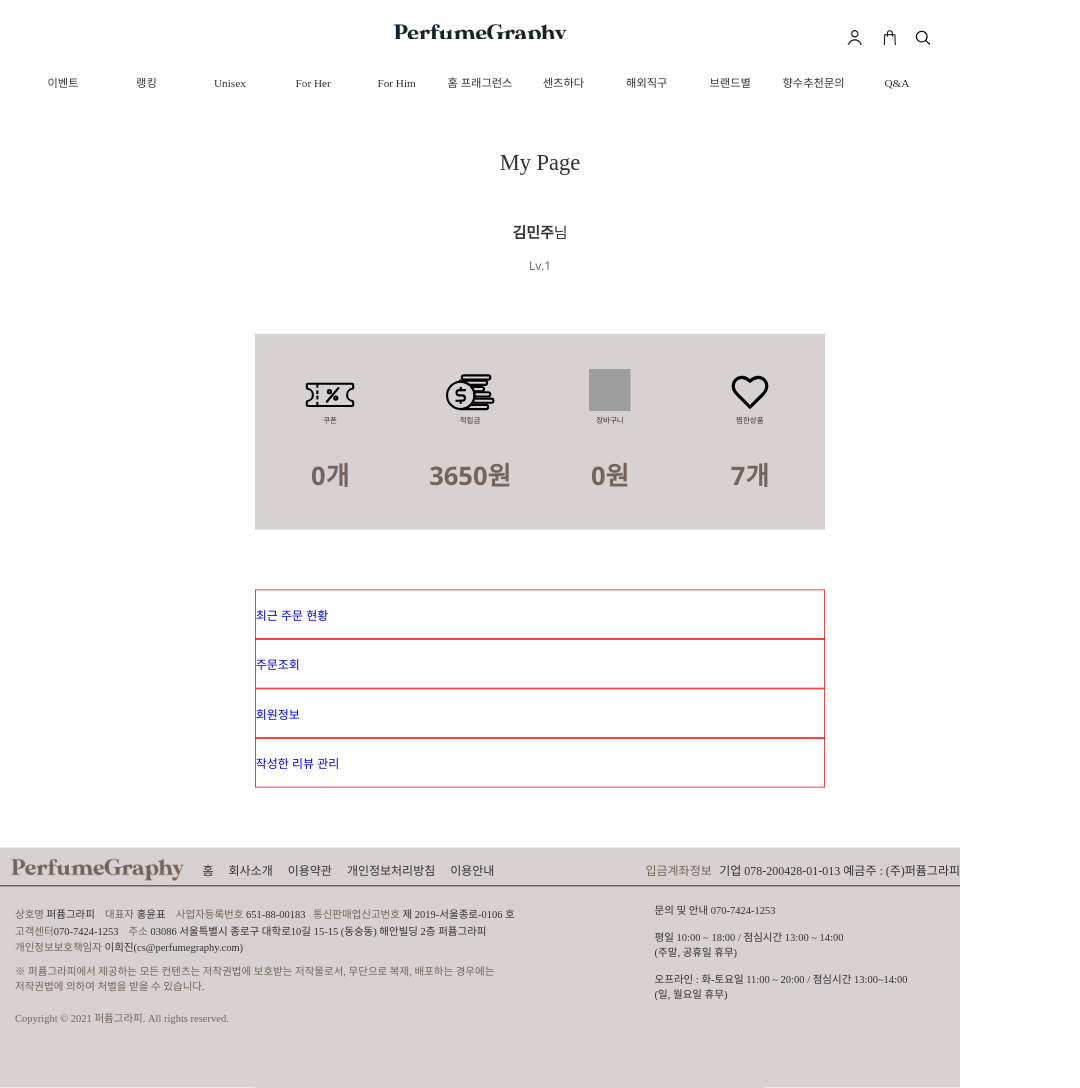
Repository: mingdue03/perfumegraphy
Page: myPage.html
The author's editor kept a copy of each file at every save. The page is drawn from the files as they stood at one save, then again after the next save.
The browser window is 1280 px wide. The page is 1440 px wide, so the pictures cover 1440 px, including what lies to the right of the window. The pictures show the whole page, at 75% of full size.
Pictures or frames that could not be fetched are drawn as grey boxes.

Above is the page before, as saved 2021-08-27 15:10:56.

### myPage.html
<!DOCTYPE html>
<html lang="ko">
<head>
    <meta charset="UTF-8">
    <meta http-equiv="X-UA-Compatible" content="IE=edge">
    <meta name="viewport" content="width=device-width, initial-scale=1.0">
    <title>PerfumeGraphy</title>
    <link rel="stylesheet" href="css/basic.css">
    <link rel="stylesheet" href="css/mypage.css">
    <link href="https://fonts.googleapis.com/css2?family=Noto+Serif+KR&display=swap" rel="stylesheet">
    <script src="js/jquery-1.12.4.min.js"></script>
    <script src="js/jquery.slides.min.js"></script>
    <script src="js/jquery.stellar.js"></script>
    <script src="js/main_1.js"></script>
</head>
<body>
<div id="body_wrap">
    <header>
    <div id="header_wrap">
        <div class="header_top">
            <div class="logo">
                <h1><a href="index.html">PerfumeGraphy</a></h1>
            </div>
            <ul class="top_menu">
                <li class="user"><a href="login.html">마이페이지</a></li>
                <li class="cart"><a href="mypage.html">장바구니</a></li>
                <li class="search"><a href="#">검색</a></li>
                <li class="ham_btn"><a href="#">button</a></li>
            </ul>
        </div>
        <div class="search_pop">
            <div class="search_bg">
                <span></span>
                <ul>
                    <li><a href="#">#금주의 향수</a></li>
                    <li><a href="#">#럭셔리집들이선물</a></li>
                    <li><a href="#">#비누향수</a></li>
                </ul>
            </div>
        </div>
        <div class="header_b" >
            <ul class="gnb">
                <li>
                    <a href="#">이벤트</a>
                </li>
                <li class="hasSub">
                    <a href="lank.html">랭킹</a>
                    <ul class="sub_menu">
                        <li><a href="lank.html">전체 랭킹 </a></li>
                        <li><a href="lank.html">Unisex 랭킹</a></li>
                        <li><a href="lank.html">For her 랭킹</a></li>
                        <li><a href="lank.html">For him 랭킹</a></li>
                    </ul>
                </li>
                <li class="hasSub">
                    <a href="#">Unisex</a>
                    <ul class="sub_menu">
                        <li><a href="#">ALL</a></li>
                        <li><a href="#"> 시트러스 | 그린</a></li>
                        <li><a href="#">우디 | 베티버</a></li>
                        <li><a href="#">샌달우드 | 머스크</a></li>
                        <li><a href="#">스파이시 | 통카빈</a></li>
                    </ul>
                </li>
                <li class="hasSub">
                    <a href="#">For Her</a>
                    <ul class="sub_menu">
                        <li><a href="#">ALL</a></li>
                        <li><a href="#">시트러스 | 그린</a></li>
                        <li><a href="#">플로럴 | 화이트플로럴</a></li>
                        <li><a href="#">머스크 | 앰버</a></li>
                        <li><a href="#">스위트 | 바닐라</a></li>
                    </ul>
                </li>
                <li class="hasSub">
                    <a href="#">For Him</a>
                    <ul class="sub_menu">
                        <li><a href="#">ALL</a></li>
                        <li><a href="#">시트러스 | 그린</a></li>
                        <li><a href="#">우디 | 베티버</a></li>
                        <li><a href="#">웜스파이시 | 통카빈</a></li>
                        <li><a href="#">머스크 | 앰버</a></li>
                        <li><a href="#">라벤더 | 워터리</a></li>
                    </ul>
                </li>
                <li class="hasSub">
                    <a href="#">홈 프래그런스</a>
                    <ul class="sub_menu">
                        <li><a href="#">디퓨저 & 캔들</a></li>
                        <li><a href="#">바디 & 솝</a></li>
                    </ul>
                </li>
                <li><a href="#">센츠하다</a></li>
                <li>
                    <a href="#">해외직구</a>
                </li>
                <li><a href="#">브랜드별</a></li>
                <li><a href="#">향수추천문의</a></li>
                <li><a href="#">Q&A</a></li>
            </ul>
        </div>
        <div class="gnb_dim"></div>
    </div>
    </header>
    <!------------------------login-------------------------------->
    <main id="mypage">
        <div class="mypage_wrap">
            <h2>My Page</h2>
            <section class="name">
                <div>
                    <p><span>김민주</span>님</p>
                    <p class="level">Lv.1</p>
                </div>
            </section>
            <section class="coupons">
                <div class="coupon_wrap">
                    <ul>
                        <li><a href="#" class="coupon">쿠폰 <span>0개</span></a></li>
                        <li><a href="#" class="coin">적립금 <span>3650원</span></a></li>
                        <li><a href="#" class="cart">장바구니<span>0원</span></a></li>
                        <li><a href="#" class="heart">찜한상품<span>7개</span></a></li>
                    </ul>
                </div>
            </section>
            <section class="order">
                <div class="oder_wrap">
                    <ul>
                        <li class="recent"><a href="#">최근 주문 현황</a></li>
                        <li><a href="#">주문조회</a></li>
                        <li><a href="#">회원정보</a></li>
                        <li><a href="#">작성한 리뷰 관리</a></li>
                    </ul>

                </div>
            </section>

        </div>
    </main>
    <footer>
        <div id="footer_in">
            <div class="footer_top">
                <h2>PerfumeGraphy</h2>
                <ul class="m_hidden">
                    <li><a href="javasctipt:;">홈</a></li>
                    <li><a href="javasctipt">회사소개</a></li>
                    <li><a href="javasctipt">이용약관</a></li>
                    <li><a href="javasctipt">개인정보처리방침</a></li>
                    <li><a href="javasctipt">이용안내</a></li>
                </ul>
                <p><span>입금계좌정보</span> 기업 078-200428-01-013 예금주 : (주)퍼퓸그라피</p>
            </div>
        </div>
        <div class="footer_bottom">
            <section class="left">
                <ul class="pc_hidden">
                    <li><a href="javasctipt:;">홈</a></li>
                    <li><a href="javasctipt">회사소개</a></li>
                    <li><a href="javasctipt">이용약관</a></li>
                    <li><a href="javasctipt">개인정보처리방침</a></li>
                    <li><a href="javasctipt">이용안내</a></li>
                </ul>
                <p class="margin">
                    <p><span>상호명</span>  퍼퓸그라피</p> <p><span>대표자</span> 홍윤표</p>	 <p><span>사업자등록번호</span> 651-88-00183</p><p> <span >통신판매업신고번호</span>  제 2019-서울종로-0106 호<br></p>
                </p>
                <p class="pc_hidden">
                    <span>고객센터</span>070-7424-1253
                </p>
                <p>
                    <span> 주소</span> 03086 서울특별시 종로구 대학로10길 15-15 (동숭동) 해안빌딩 2층 퍼퓸그라피
                </p>
                <p ><span>개인정보보호책임자</span> 	 이희진(cs@perfumegraphy.com) </p>
                <p class="margin"><span class="m_hidden"> ※ 퍼퓸그라피에서 제공하는 모든 컨텐츠는 저작권법에 보호받는 저작물로서, 무단으로 복제, 배포하는 경우에는<br><span></span> 저작권법에 의하여
                처벌을 받을 수 있습니다.</span></p>
                <p class="margin"><span class="m_hidden"> Copyright © 2021 퍼퓸그라피. All rights reserved.</span></p>
            </section>
            <section class="right m_hidden">
                <p>문의 및 안내   070-7424-1253<br>
                    <br>
                    평일 10:00 ~ 18:00 / 점심시간 13:00 ~ 14:00<br>
                    (주말, 공휴일 휴무)<br>
                    <br>
                    오프라인 : 화-토요일 11:00 ~ 20:00 / 점심시간 13:00~14:00<br>
                     (일, 월요일 휴무)</p>
            </section>
        </div>
    </footer>
</div>
</body>
</html>

### css/mypage.css
@charset "UTF-8";

main#mypage{font-family:'NanumGothic','Segoe UI', Roboto, Oxygen, sans-serif ;background: #fff; color:#333; font-size:16px; }

#mypage{}
.mypage_wrap{
  width:1440px;
  margin:60px auto;
  text-align:center;
}
.mypage_wrap h2{
  font-size:30px;
  margin:60px 0;
  font-weight: normal;
  font-family: 'Noto Serif KR', serif;
}
.name {
  margin:20px 0;
}
.name p{
  font-size: 20px;
  margin:20px 0;
}
.name p span{
  font-weight: bold;
}
.name p.level{
  font-size:16px;
  color:#73645D;
}

.coupons{
  width:760px;
  margin:80px auto;
}
.coupon_wrap{
  width:100%;
  height:auto;
  background:#D7D1D1;
}
.coupon_wrap ul{
  padding:30px 0;
}
.coupon_wrap li{
  display: inline-block;
  width:24%;
}
.coupon_wrap a{
  display: block;
  width:100%;
  height:auto;
  font-size:10px;
  color:#333;
}
.coupon_wrap a.coupon:before{
  display:block;
  content:'';
  margin:0 auto -16px;
  width:90px; height:90px;
  background:url('../img/icon/coupon_icon.svg') no-repeat 100% 100%;
}
.coupon_wrap a.coin:before{
  display:block;
  content:'';
  margin:0 auto -16px;
  width:90px; height:90px;
  background:url('../img/icon/coins_icon.svg') no-repeat 100% 100%;}
.coupon_wrap a.cart:before{
  display:block;
  content:'';
  margin:17px auto 4px;
  width:56px; height:56px;
  background:url('../img/icon/bag_icon.svg') no-repeat 100% 100%;
}
.coupon_wrap a.heart:before{
  display:block;
  content:'';
  margin:0 auto -16px;
  width:90px; height:90px;
  background:url('../img/icon/basic_heart_icon.svg') no-repeat 100% 100%;
}
.coupon_wrap a span{
  display: block;
  font-size:34px;
  font-weight:bold;
  margin: 40px 0 20px;
  color:#73645D;
}


.order{}
.oder_wrap{
  width:760px;
  margin:80px auto;

}

.oder_wrap ul{}
.oder_wrap li{
  display:block;
  border-bottom:1px solid #999;
  text-align: left;
  border:1px solid red;
  padding: 20px 0;
}
.recent{

}
.oder_wrap a{}














@media (max-width:1440px){
  .login_wrap{
    width:100%;
  }
}

@media (max-width:450px){
  .login_wrap{
    max-width:450px;
  }
}

Loaded but not shown: js/jquery-1.12.4.min.js (library); js/jquery.slides.min.js (library); js/jquery.stellar.js (library); js/main_1.js (215 lines, source omitted); css/basic.css (877 lines, source omitted)

After the next save:
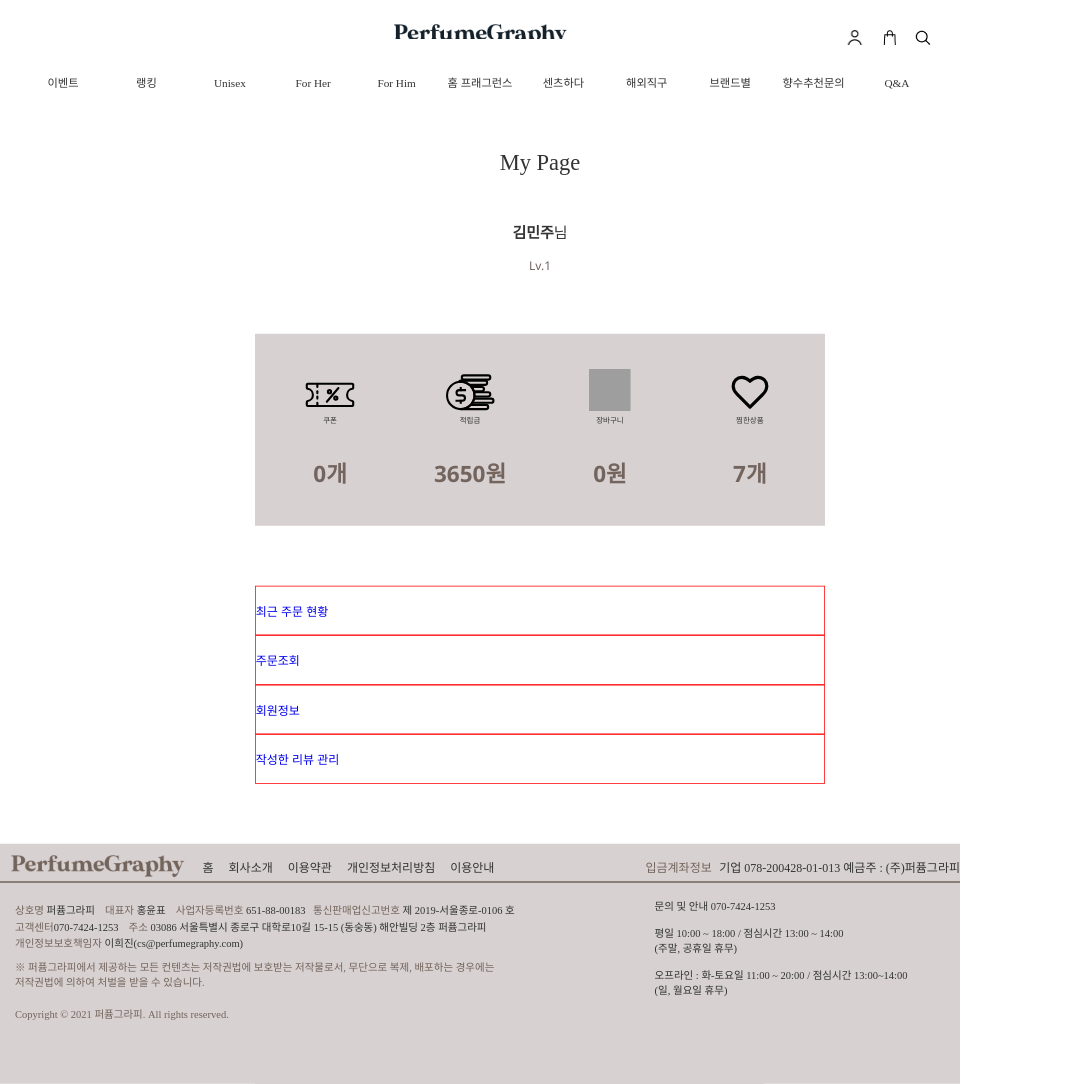
Saved 24 s later.
--- a/css/mypage.css
+++ b/css/mypage.css
@@ -81,7 +81,7 @@
 }
 .coupon_wrap a span{
   display: block;
-  font-size:34px;
+  font-size:30px;
   font-weight:bold;
   margin: 40px 0 20px;
   color:#73645D;
